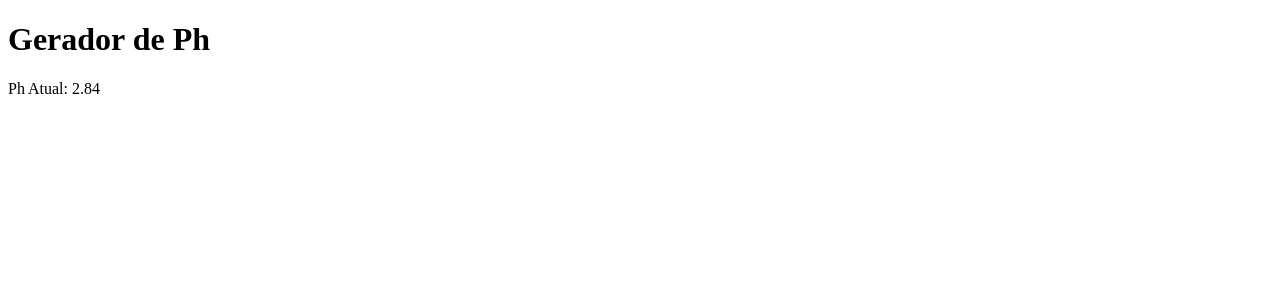
Repository: code-victor-now/future_farm
Page: index.html
These files come from the project's save history. The page is drawn as it stood at one moment and after the next save; the edit follows.
The browser window is 1280 px wide. The pictures show the whole page.

Above is the page before, as saved 2023-03-26 21:18:48.

After the next save:
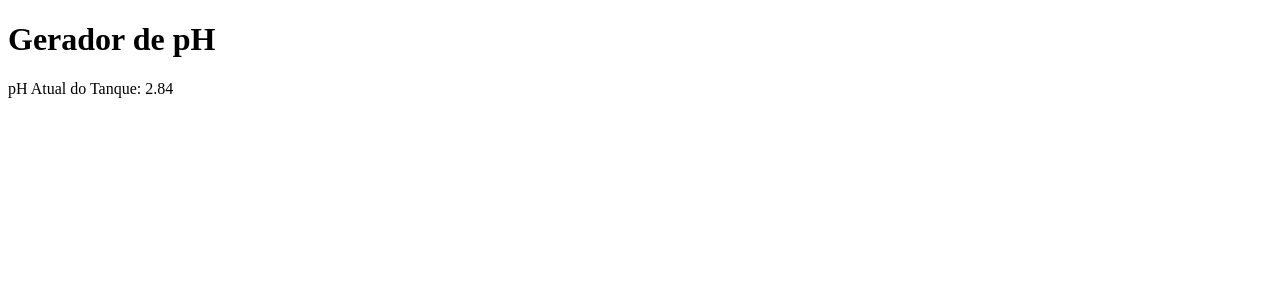
Saved 27 s later.
--- a/index.html
+++ b/index.html
@@ -4,8 +4,8 @@
     <title>Random Number Generator</title>
   </head>
   <body>
-    <h1>Gerador de Ph</h1>
-    <p>Ph Atual: <span id="number-display"></span></p>
+    <h1>Gerador de pH</h1>
+    <p>pH Atual do Tanque: <span id="number-display"></span></p>
     <script src="scripts.js"></script>
   </body>
 
